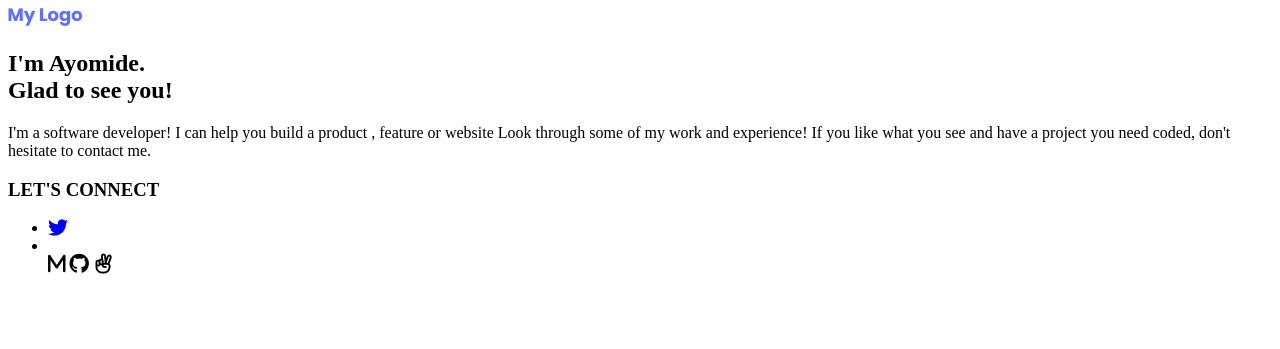
Repository: Paulinelali/microverse-personal-portfolio
Page: index.html
These files come from the project's save history. The page is drawn as it stood at one moment and after a run of saves; the edit follows.
The browser window is 1280 px wide. The pictures show the whole page.
Some web libraries are served in a nearby version.

Above is the page before, as saved 2023-04-28 00:53:34.

### index.html
<!DOCTYPE html>
<html lang="en">
<head>
    <meta charset="UTF-8">
    <meta http-equiv="X-UA-Compatible" content="IE=edge">
    <meta name="viewport" content="width=device-width, initial-scale=1.0">
    <link rel="preconnect" href="https://fonts.googleapis.com">
<link rel="preconnect" href="https://fonts.gstatic.com" crossorigin>
<link href="https://fonts.googleapis.com/css2?family=Poppins:ital,wght@0,300;0,400;0,700;1,500&display=swap" rel="stylesheet">
    <script src="https://kit.fontawesome.com/97d9fb687f.js" crossorigin="anonymous"></script>
    <link rel="stylesheet" media="screen and (max-width: 765px)" href="style.css">
    <title>Ayomide's portfolio</title>
</head>
<body>
    <section>
        <header class="header">
            <nav class="navbar">
                <div class="logo">
                    <img src="./assets/My Logo.png" alt="">
                </div>
                <div class="hamburger">
                    <span class="line-top"></span>
                    <span class="line-middle"></span>
                    <span class="line-bottom"></span>
                </div>
            </nav>
            <div class="intro">
                <h1 class="title">
                    I'm Ayomide.<br>
                    Glad to see you!
                </h1>
                <p class="bio">
                    I'm a software developer! I can help you build a product , feature or website Look through some of my work and experience! If you like what you see and have a project you need coded, don't hesitate to contact me.
                </p>
                <h3 class="let-connect">
                    LET'S CONNECT
                </h3>
                <ul class="social-icons">
                    <li><a href="#"><i class="fa-brands fa-twitter fa-lg"></i></a></li>
                    <li><a href="#"></a></li>

                    <i class="fa-solid fa-m fa-lg"></i>
                    <i class="fa-brands fa-github fa-lg"></i>
                    <i class="fa-regular fa-hand-peace fa-flip-horizontal fa-lg"></i>
                </ul>
            </div>
        </header>
    </section>
</body>
</html>

### style.css

* {
  box-sizing: border-box;
  margin: 0;
  padding: 0;
}

body {
  font-family: 'Poppins', sans-serif;
}

.navbar {
  margin-top: 58px;
  display: flex;
  justify-content: space-between;
  padding: 0 24px;
}

.navbar .logo {
  vertical-align: middle;
  margin-top: 3px;
}

.hamburger {
  width: 10%;
  height: 4px;
  display: flex;
  flex-direction: column;
  gap: 7px;
}

.line-top,
.line-middle,
.line-bottom {
  border: 2px solid #6070ff;
}

.title {
  font-style: normal;
  font-weight: 700;
  font-size: 40px;
  line-height: 52px;
  color: #172b4d;
}

.intro {
  padding: 20% 5%;
  background: white url("./assets/bg.png") no-repeat;
  background-size: cover;
  display: flex;
  flex-direction: column;
  gap: 1rem;
}

.let-connect {
  font-style: normal;
  font-weight: 500;
  font-size: 1rem;
  line-height: 24px;
  color: #7f8cff;
}

.bio {
  font-style: normal;
  font-weight: 400;
  font-size: 1rem;
  line-height: 24px;
  color: #344563;
}

.social-icons {
  display: flex;
  gap: 5%;
  align-items: baseline;
}

.social-icons i {
  color: #505f79;
}

After the next 2 saves:
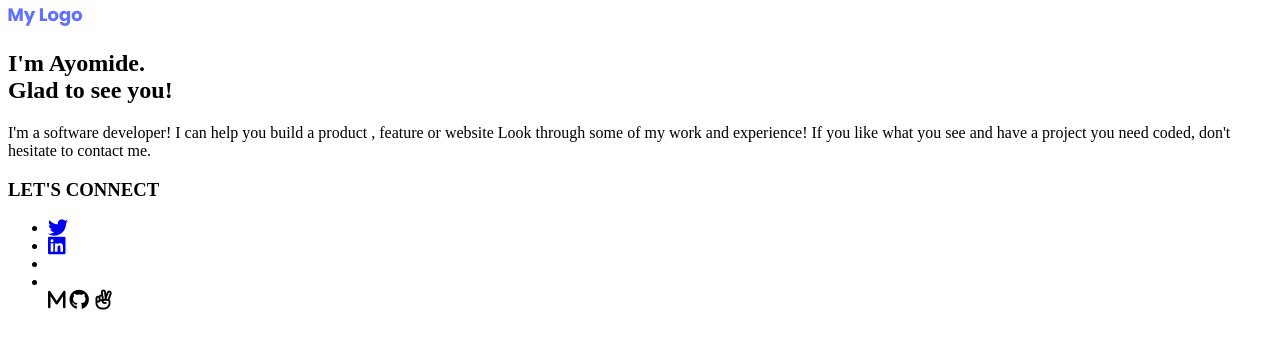
The 2 saves are shown as one change because they came seconds apart.
The last was saved 7 s later.
--- a/index.html
+++ b/index.html
@@ -37,6 +37,8 @@
                 </h3>
                 <ul class="social-icons">
                     <li><a href="#"><i class="fa-brands fa-twitter fa-lg"></i></a></li>
+                    <li><a href="#"><i class="fa-brands fa-linkedin fa-lg"></i></a></li>
+                    <li><a href="#"></a></li>
                     <li><a href="#"></a></li>
 
                     <i class="fa-solid fa-m fa-lg"></i>
